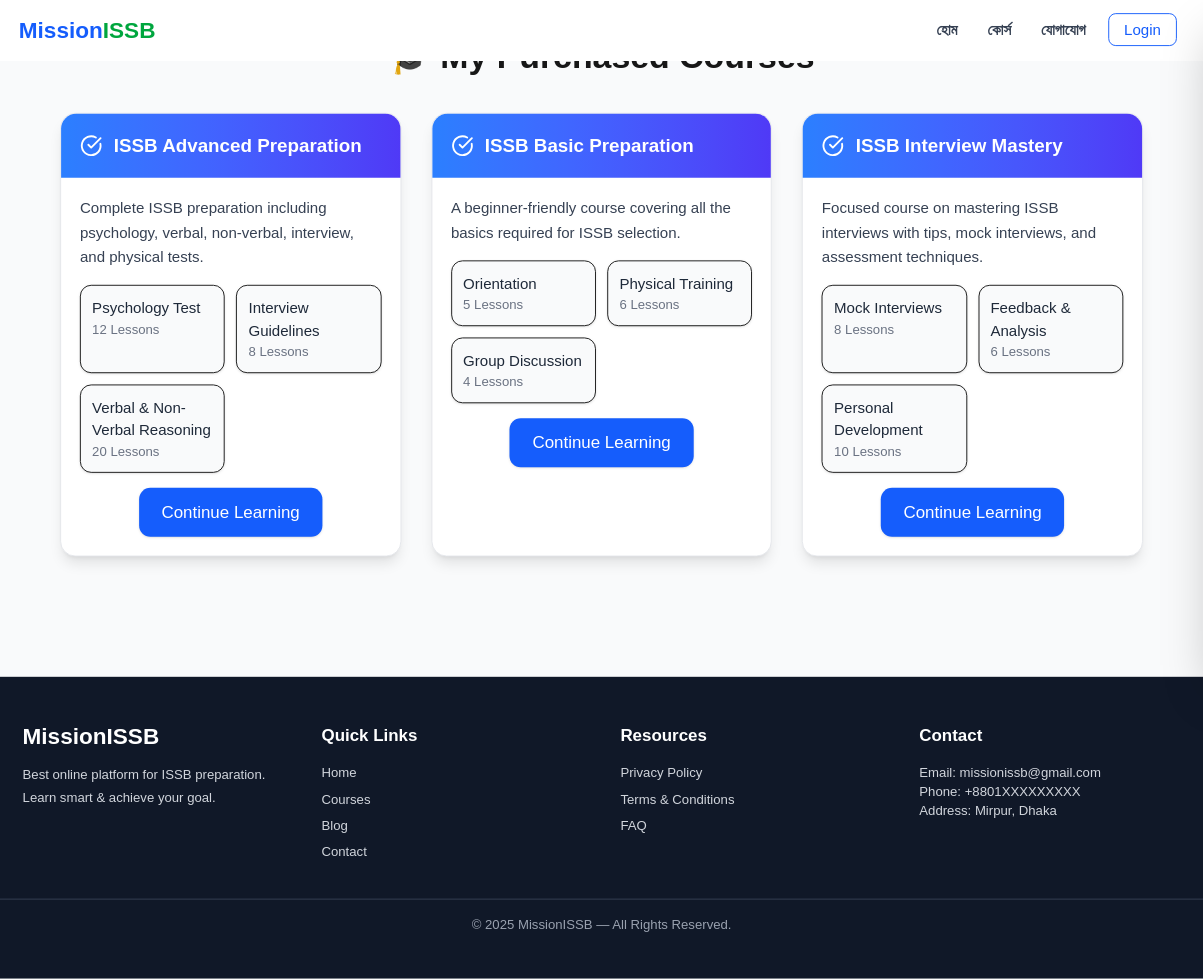
Repository: mdmuhibullahhabib/missionissb
Page: /mycourse
These files come from the project's save history. The page is drawn as it stood at one moment and after a run of saves; the edit follows.
The browser window is 1280 px wide. The pictures show the whole page, at 94% of full size.
The page's requests for data from a server got no answer. The project was rebuilt for these pictures with package versions that can differ from the ones it lists, and the page was loaded fresh each time. The framework's server and built-in components were replaced by stand-ins that run in the browser. No one was signed in, and anything a server would have sent is missing. Also part of the build but not shown: next.config.mjs.

Above is the page before, as saved 2025-12-09 22:56:53.

### app/layout.js
import { Geist, Geist_Mono } from 'next/font/google'
import './globals.css'
import Footer from '@/components/shared/Footer'
import Navbar from '@/components/shared/Navbar'
import NextAuthProvider from './providers/NextAuthProvider'
import LayoutWrapper from '@/components/LayoutWrapper'

const geistSans = Geist({
  variable: '--font-geist-sans',
  subsets: ['latin']
})

const geistMono = Geist_Mono({
  variable: '--font-geist-mono',
  subsets: ['latin']
})

export const metadata = {
  title: 'Mission ISSB',
  description: 'Generated by create next app'
}

export default function RootLayout({ children }) {
  return (
    <html lang='en' suppressHydrationWarning={true}>
      <body
        className={`${geistSans.variable} ${geistMono.variable} antialiased`}
      >
        <NextAuthProvider>

                    <LayoutWrapper>{children}</LayoutWrapper>


          {/* <Navbar />

          {children}

          <Footer /> */}
        </NextAuthProvider>
      </body>
    </html>
  )
}

### app/mycourse/page.jsx
"use client";
import React from "react";
import Link from "next/link";
import { CheckCircle } from "lucide-react";

// Fake Courses Data
const fakeCourses = [
  {
    id: "issb-101",
    title: "ISSB Advanced Preparation",
    description:
      "Complete ISSB preparation including psychology, verbal, non-verbal, interview, and physical tests.",
    modules: [
      { id: "m1", title: "Psychology Test", lessons: 12 },
      { id: "m2", title: "Interview Guidelines", lessons: 8 },
      { id: "m3", title: "Verbal & Non-Verbal Reasoning", lessons: 20 }
    ]
  },
  {
    id: "issb-102",
    title: "ISSB Basic Preparation",
    description:
      "A beginner-friendly course covering all the basics required for ISSB selection.",
    modules: [
      { id: "m1", title: "Orientation", lessons: 5 },
      { id: "m2", title: "Physical Training", lessons: 6 },
      { id: "m3", title: "Group Discussion", lessons: 4 }
    ]
  },
  {
    id: "issb-103",
    title: "ISSB Interview Mastery",
    description:
      "Focused course on mastering ISSB interviews with tips, mock interviews, and assessment techniques.",
    modules: [
      { id: "m1", title: "Mock Interviews", lessons: 8 },
      { id: "m2", title: "Feedback & Analysis", lessons: 6 },
      { id: "m3", title: "Personal Development", lessons: 10 }
    ]
  }
];

export default function CoursesPage() {
  return (
    <div className="min-h-screen bg-gray-50 py-10 pt-10 px-4">
      <div className="max-w-6xl mx-auto">
        <h1 className="text-4xl font-bold text-center mb-10">
          🎓 My Purchased Courses
        </h1>

        <div className="grid lg:grid-cols-3 md:grid-cols-2 grid-cols-1 gap-8">
          {fakeCourses.map((course) => (
            <div
              key={course.id}
              className="bg-white rounded-2xl shadow-lg border border-gray-200 hover:scale-105 transform transition-all duration-300"
            >
              {/* Card Header */}
              <div className="bg-gradient-to-r from-blue-500 to-indigo-600 rounded-t-2xl p-5 flex items-center gap-3">
                <CheckCircle className="text-white w-6 h-6" />
                <h2 className="text-white font-semibold text-xl">{course.title}</h2>
              </div>

              {/* Description */}
              <div className="p-5 space-y-4">
                <p className="text-gray-700 text-base leading-relaxed">
                  {course.description}
                </p>

                {/* Modules */}
                <div className="grid sm:grid-cols-2 gap-3">
                  {course.modules.map((module) => (
                    <Link
                      href={`/courses/${course.id}/module/${module.id}`}
                      key={module.id}
                      className="border p-3 rounded-xl bg-gray-50 hover:bg-gray-100 shadow-sm transition"
                    >
                      <h3 className="font-medium text-gray-800">{module.title}</h3>
                      <p className="text-gray-500 text-sm">{module.lessons} Lessons</p>
                    </Link>
                  ))}
                </div>

                {/* Continue Button */}
                <div className="mt-4 text-center">
                  <button className="px-6 py-3 bg-blue-600 text-white rounded-xl text-lg shadow hover:bg-blue-700 transition">
                    Continue Learning
                  </button>
                </div>
              </div>
            </div>
          ))}
        </div>
      </div>
    </div>
  );
}

### components/shared/Footer.jsx
"use client";
import Link from "next/link";

export default function Footer() {
  return (
    <footer className="bg-gray-900 text-gray-300 py-12">
      <div className="max-w-7xl mx-auto grid grid-cols-1 md:grid-cols-4 gap-10 px-6">

        {/* Column 1 */}
        <div>
          <h2 className="text-2xl font-bold text-white">MissionISSB</h2>
          <p className="mt-3 text-sm leading-6">
            Best online platform for ISSB preparation.
            Learn smart & achieve your goal.
          </p>
        </div>

        {/* Column 2 */}
        <div>
          <h3 className="text-lg font-semibold text-white mb-4">Quick Links</h3>
          <ul className="space-y-2 text-sm">
            <li><Link href="/" className="hover:text-white">Home</Link></li>
            <li><Link href="/courses" className="hover:text-white">Courses</Link></li>
            <li><Link href="/blog" className="hover:text-white">Blog</Link></li>
            <li><Link href="/contact" className="hover:text-white">Contact</Link></li>
          </ul>
        </div>

        {/* Column 3 */}
        <div>
          <h3 className="text-lg font-semibold text-white mb-4">Resources</h3>
          <ul className="space-y-2 text-sm">
            <li><Link href="/privacy" className="hover:text-white">Privacy Policy</Link></li>
            <li><Link href="/terms" className="hover:text-white">Terms & Conditions</Link></li>
            <li><Link href="/faq" className="hover:text-white">FAQ</Link></li>
          </ul>
        </div>

        {/* Column 4 */}
        <div>
          <h3 className="text-lg font-semibold text-white mb-4">Contact</h3>
          <p className="text-sm">Email: missionissb@gmail.com</p>
          <p className="text-sm">Phone: +8801XXXXXXXXX</p>
          <p className="text-sm">Address: Mirpur, Dhaka</p>
        </div>
      </div>

      <div className="mt-10 border-t border-gray-700 pt-4 text-center text-gray-400 text-sm">
        © {new Date().getFullYear()} MissionISSB — All Rights Reserved.
      </div>
    </footer>
  );
}

### components/shared/Navbar.jsx
"use client";
import { useState, useEffect } from "react";
import Link from "next/link";
import { FiMenu, FiX } from "react-icons/fi";
import { useSession } from "next-auth/react";
import { useRouter } from "next/navigation";
import DrawerMenu from "../user/UserDrawerMenu";


// Fake user data
const fakeUser = {
    name: "Muhibullah Habib",
    email: "muhib@example.com",
    avatar: "https://i.pravatar.cc/100?img=11",
    role: "admin",
};

export default function Navbar() {
    const [open, setOpen] = useState(false);
    const [scroll, setScroll] = useState(false);
    const router = useRouter();
        const [drawerOpen, setDrawerOpen] = useState(false);
    const [userDrawerOpen, setUserDrawerOpen] = useState(false);
    const { data: session, status } = useSession();
    console.log(session)
    console.log(status)

    // Scroll detection for shadow effect
    useEffect(() => {
        const handleScroll = () => {
            setScroll(window.scrollY > 10);
        };
        window.addEventListener("scroll", handleScroll);
        return () => window.removeEventListener("scroll", handleScroll);
    }, []);

    const navLinks = [
        { name: "হোম", href: "/" },
        { name: "কোর্স", href: "/courses" },
        { name: "যোগাযোগ", href: "/contact" },
    ];

    // User icon click
    const handleUserClick = () => {
        if (status == "authenticated") {
            setUserDrawerOpen(true);
        } else {
            router.push("/auth");
        }
    };

    return (
        <>
            <nav
                className={`w-full fixed top-0 z-50 transition-all ${scroll ? "bg-white shadow-md" : "bg-white"
                    }`}
            >
                <div className="max-w-7xl mx-auto px-5 py-3 flex justify-between items-center">

                    {/* Logo */}
                    <Link href="/" className="text-2xl font-bold text-blue-600">
                        Mission<span className="text-green-600">ISSB</span>
                    </Link>


                    {/* Auth Buttons */}
                    <div className="hidden items-center md:flex gap-4">
                        {/* Desktop Menu */}
                        <div className="hidden md:flex gap-8">
                            {navLinks.map((link) => (
                                <Link
                                    key={link.name}
                                    href={link.href}
                                    className="text-gray-700 font-semibold hover:text-blue-600 transition font-medium"
                                >
                                    {link.name}
                                </Link>
                            ))}
                        </div>

                        {/* User Icon */}
                        <button
                            onClick={handleUserClick}
                            className="p-2 rounded-full hover:bg-gray-100 transition duration-150"
                        >
                            {status == "authenticated" ? (
                                <img
                                    src={fakeUser?.avatar}
                                    alt="user"
                                    className="h-8 w-8 rounded-full border"
                                />
                            ) : (
                                <Link
                                    href="/auth"
                                    className="px-4 py-2 border border-blue-600 text-blue-600 rounded-lg hover:bg-blue-600 hover:text-white transition"
                                >
                                    Login
                                </Link>
                            )}
                        </button>
                    </div>

                    {/* Mobile Toggle */}
                    <button onClick={() => setOpen(!open)} className="md:hidden text-3xl">
                        {open ? <FiX /> : <FiMenu />}
                    </button>
                </div>

                {/* Mobile Menu */}
                <div
                    className={`md:hidden bg-white fixed top-[64px] left-0 w-full h-screen transition-all duration-300 ${open ? "translate-y-0 opacity-100" : "-translate-y-5 opacity-0 pointer-events-none"
                        }`}
                >
                    <div className="flex flex-col gap-6 px-6 py-6 text-lg">
                        {navLinks.map((link) => (
                            <Link
                                key={link.name}
                                href={link.href}
                                onClick={() => setOpen(false)}
                                className="text-gray-700 hover:text-blue-600"
                            >
                                {link.name}
                            </Link>
                        ))}

                        <hr />

                        <Link
                            href="/auth/login"
                            onClick={() => setOpen(false)}
                            className="text-blue-600 font-semibold"
                        >
                            Login
                        </Link>
                    </div>
                </div>
            </nav>

            <DrawerMenu
                isOpen={userDrawerOpen}
                onClose={() => setUserDrawerOpen(false)}
                // user={user}
            />
        </>
    );
}

### app/providers/NextAuthProvider.jsx
"use client"
import { SessionProvider } from 'next-auth/react'
import React from 'react'

const NextAuthProvider = ({ children }) => {
    return <SessionProvider>{children}</SessionProvider>
}

export default NextAuthProvider;

### components/LayoutWrapper.jsx
"use client";

import { usePathname } from "next/navigation";
import Navbar from "./shared/Navbar";
import Footer from "./shared/Footer";

export default function LayoutWrapper({ children }) {
  const pathname = usePathname();
  const isAdmin = pathname.startsWith("/admin");
  const isAuth = pathname.startsWith("/auth");

  return (
    <>
      {!isAdmin && !isAuth && <Navbar />}

      <main>{children}</main>

      {!isAdmin && !isAuth && <Footer />}
    </>
  );
}

### components/user/UserDrawerMenu.jsx
"use client";

import { FiX, FiUser, FiShoppingBag, FiSettings, FiGrid, FiLogOut } from "react-icons/fi";
import { motion, AnimatePresence } from "framer-motion";
import Image from "next/image";
import { useRouter } from "next/navigation";
import { useSession } from "next-auth/react";
import Link from "next/link";

export default function DrawerMenu({ isOpen, onClose, user = {} }) {
  const router = useRouter();
      const { data: session, status } = useSession();
      console.log(session)

  const handleNavigate = (path) => {
    onClose();
    router.push(path);
  };

  const handleLogout = () => {
    // You can replace with your logout logic
    console.log("User logged out");
    onClose();
  };

  const isAdmin = user?.role === "admin";

  return (
    <>
      {/* Overlay */}
      <AnimatePresence>
        {isOpen && (
          <motion.div
            initial={{ opacity: 0 }}
            animate={{ opacity: 1 }}
            exit={{ opacity: 0 }}
            onClick={onClose}
            className="fixed inset-0 bg-black/30 backdrop-blur-sm z-40 cursor-pointer"
          />
        )}
      </AnimatePresence>

      {/* Drawer */}
      <motion.div
        initial={{ x: "100%" }}
        animate={{ x: isOpen ? 0 : "100%" }}
        exit={{ x: "100%" }}
        transition={{ type: "spring", stiffness: 100, damping: 20 }}
        className="fixed top-0 right-0 h-full w-80 sm:w-96 bg-white shadow-2xl z-50 flex flex-col"
      >
        {/* Header */}
        <div className="flex justify-between items-center p-4 border-b">
          <div className="flex items-center gap-3">
            <Image
              src={user?.photo || "https://i.ibb.co/5j9n3yH/default-avatar.png"}
              width={40}
              height={40}
              alt="User avatar"
              className="rounded-full object-cover"
            />
            <div>
              <p className="font-semibold text-gray-800">
                {user?.name || "Guest User"}
              </p>
              <p className="text-xs text-gray-500">
                {isAdmin ? "Administrator" : "Regular User"}
              </p>
            </div>
          </div>
          <button onClick={onClose} className="text-gray-600 hover:text-red-500">
            <FiX className="h-6 w-6" />
          </button>
        </div>

        {/* Menu Items */}
        <div className="flex-1 overflow-y-auto p-5 space-y-4 text-gray-700">
          <button
            onClick={() => handleNavigate("/profile")}
            className="flex items-center gap-3 w-full p-3 rounded-xl hover:bg-gray-100 transition"
          >
            <FiUser className="text-red-500" />
            <span>My Profile</span>
          </button>

          <Link
          href={"/mycourse"}
            // onClick={() => handleNavigate("/mycourse")}
            className="flex items-center gap-3 w-full p-3 rounded-xl hover:bg-gray-100 transition"
          >
            <FiShoppingBag className="text-red-500" />
            <span>My Courses</span>
          </Link>

          {isAdmin && (
            <button
              onClick={() => handleNavigate("/admin/dashboard")}
              className="flex items-center gap-3 w-full p-3 rounded-xl hover:bg-gray-100 transition"
            >
              <FiGrid className="text-red-500" />
              <span>Admin Dashboard</span>
            </button>
          )}
        </div>

        {/* Footer */}
        <div className="border-t p-4">
          <button
            onClick={handleLogout}
            className="flex items-center justify-center gap-2 w-full py-2 bg-red-600 text-white font-medium rounded-xl hover:bg-red-700 transition"
          >
            <FiLogOut />
            Logout
          </button>
        </div>
      </motion.div>
    </>
  );
}

Loaded but not shown: app/globals.css (common file)

After the next 2 saves:
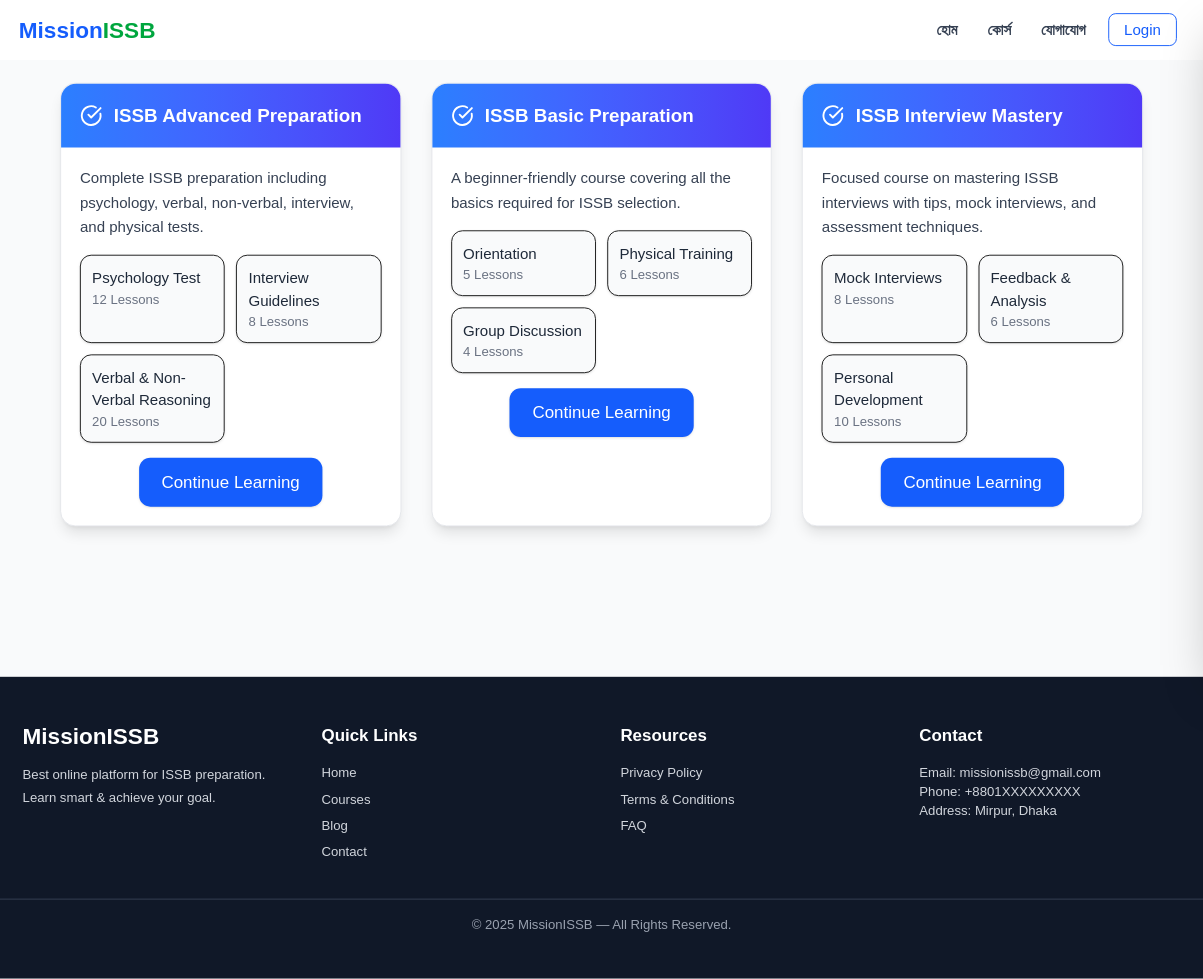
The 2 saves are shown as one change because they came seconds apart.
The last was saved 2 min 6 s later.
--- a/app/mycourse/page.jsx
+++ b/app/mycourse/page.jsx
@@ -42,7 +42,7 @@ const fakeCourses = [
 
 export default function CoursesPage() {
   return (
-    <div className="min-h-screen bg-gray-50 py-10 pt-10 px-4">
+    <div className="min-h-screen bg-gray-50 py-10 pt-2 px-4">
       <div className="max-w-6xl mx-auto">
         <h1 className="text-4xl font-bold text-center mb-10">
           🎓 My Purchased Courses
